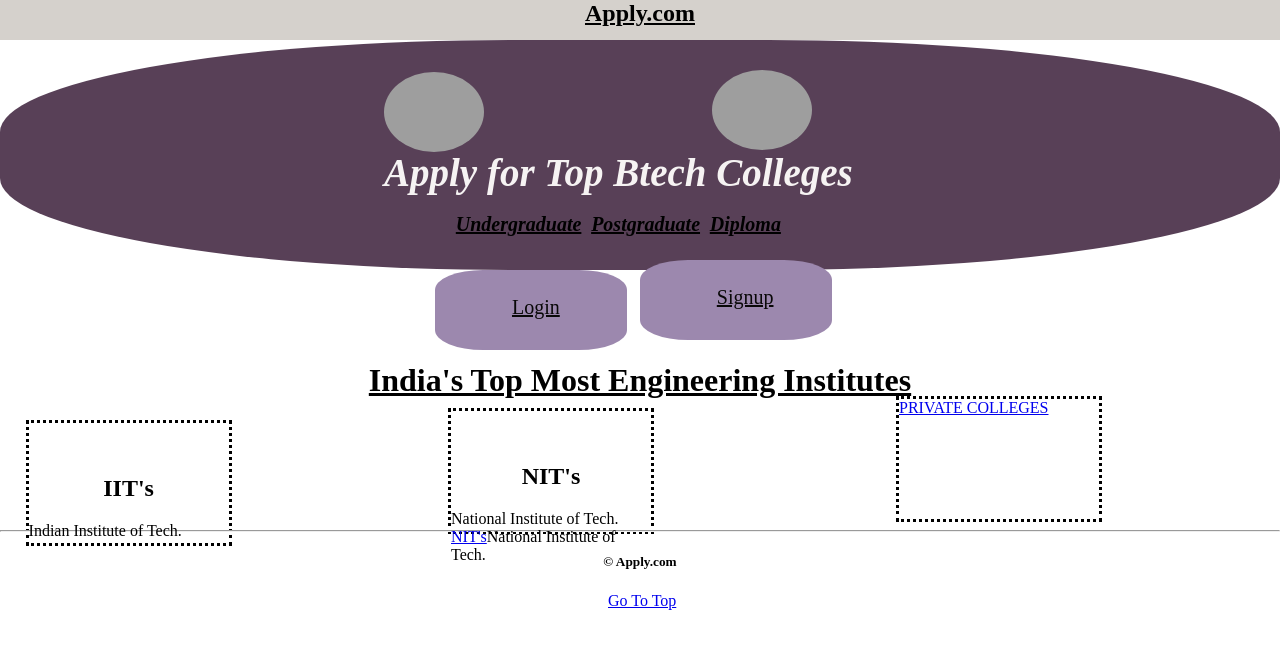
Repository: dashmeenkalra/dashmeen_kalra
Page: css,bootstrap/CSS/btech.html
An editor plug-in stored every save of this project. The page is shown before and after the next save, followed by the edit.
The browser window is 1280 px wide. The pictures show the whole page.
Pictures or frames that could not be fetched are drawn as grey boxes.

Above is the page before, as saved 2023-03-28 20:03:56.

### css,bootstrap/CSS/btech.html
<html>
    <head>
        <link href="btech.css" rel="stylesheet"/>
        <title>
            Welcome to apply.com
        </title>
    </head>
    <body>
        <header>
            <header id="header">
            <h2>Apply.com</h2>
        </header>
        <div id="app">
            <div class="wri">
                <div id="ball">
                </div>
                <div id="ball2">
                </div>
                Apply for Top Btech Colleges</br>
                <a href="" class="id">Undergraduate</a>
                <a href="" class="id">Postgraduate</a>
                <a href="" class="id">Diploma</a>
            </div>
        </div>
        <div class="log">
            <a href="" class="id1"> Login</a>
        </div>
        <div class="log1">
            <a href="" class="id1">Signup</a>
        </div>
        <h1>India's Top Most Engineering Institutes</h1>
        <div id="type">
        <h2>IIT's</h2>Indian Institute of Tech.
        </div>
        <div id="type1">
            <h2>NIT's</h2>National Institute of Tech.
            <a href="#">NIT's</a>National Institute of Tech.
        </div>
        <div id="type2">
            <a href="#">PRIVATE COLLEGES</a>
        </div>
        <hr/>
        <footer>
        <h5> &copy; Apply.com</h5>
        <a href="#header" id="at" >Go To Top</a>
        </footer>
    </body>
</html>

### css,bootstrap/CSS/btech.css
body{
    margin:0px;
}
header{
    background-color:rgb(213, 209, 204);
    height: 40px;
}
header > h2{
    text-align: center;
    text-decoration:underline;
}
#app{
    background-color: rgb(88, 64, 87);
    height:230px;
    width:100%;
    border-radius:40%;
}
#ball{
    height: 80px;
    width: 100px;
    border-radius: 50%;
    margin-top: -15%;
    background-image: url('https://th.bing.com/th/id/OIP.LoeVs1S4Xra84vvvtkj3PQHaLG?pid=ImgDet&rs=1');
    background-size: cover;
    background-repeat: no-repeat;
}
#ball2{
    height: 80px;
    width: 100px;
    border-radius: 50%;
    margin-top: -17.5%;
    margin-left: 70%;
    background-image: url('https://wallpapercave.com/wp/wp2036967.jpg');
    background-size: cover;
    background-repeat: no-repeat;
}
.wri{
    text-align: center;
    margin-left: 30%;
    font-weight: bolder;
    font-style: oblique;
    font-size: 39px;
    margin-top: 8%;
    position: absolute;
    color: rgb(246, 243, 243);

}
.id{
    font-size: 20px;
    color: black;
}
.log{
    background-color: rgb(156, 136, 174);
    height:80px;
    width:15%;
    margin-left:34%;
    border-radius:25%;
}
.id1{
    font-size: 20px;
    color: rgb(9, 8, 8);
    margin-left:6%;
    margin-top:2%;
    position: absolute;
}
.log1{
    background-color: rgb(156, 136, 174);
    height:80px;
    width:15%;
    margin-left:50%;
    border-radius:25%;
    margin-top: -7.01%;
}
h1{
    text-align: center;
    text-decoration: underline;
}
#type{
    border: dotted;
    height:120px;
    width: 200px;
    margin-left:2%;
}
#type > h2{
  text-align: center;
  margin-top: 26%;
}
#type1{
    border: dotted;
    height:120px;
    width: 200px;
    margin-left:35%;
    margin-top:-10.8%;
}
#type1 > h2{
    text-align: center;
    margin-top: 26%;
}
#type2{
    border: dotted;
    height:120px;
    width: 200px;
    margin-left:70%;
    margin-top:-10.8%;
}
#type2 > h2{
    text-align: center;
    margin-top: 20%;
}
h5{
    text-align: center;
}
#at{
    text-align: center;
    margin-left: 47.5%;
}

After the next save:
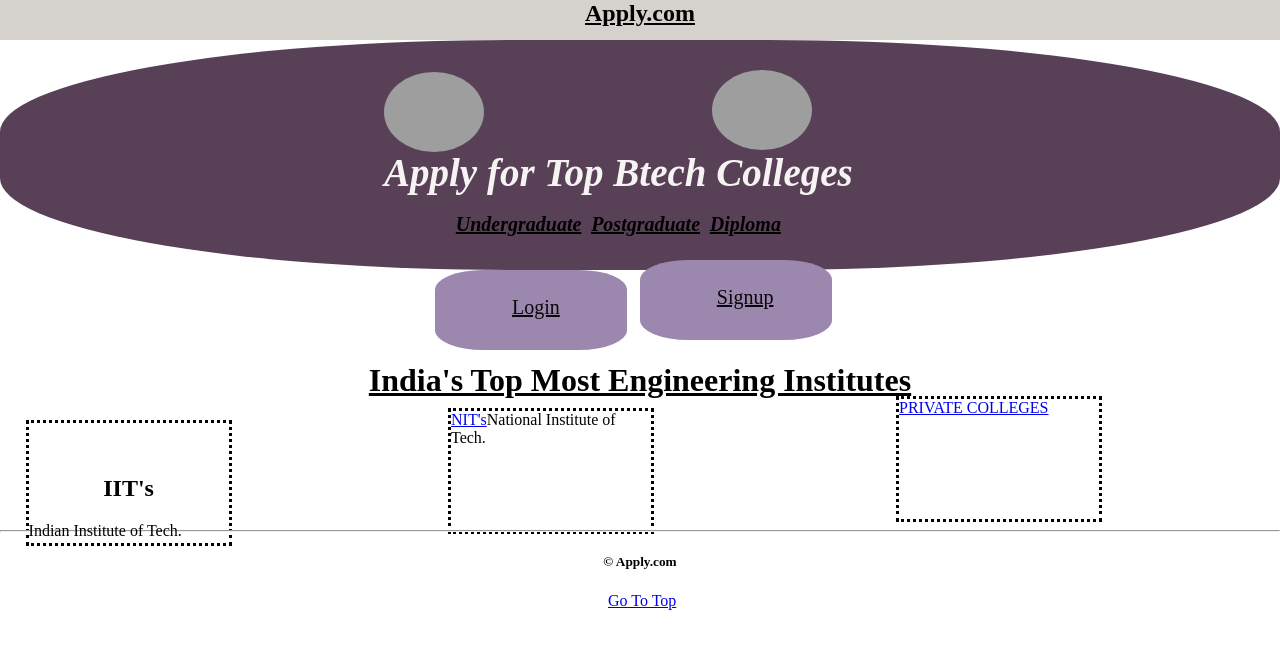
Saved 4 s later.
--- a/css,bootstrap/CSS/btech.html
+++ b/css,bootstrap/CSS/btech.html
@@ -33,7 +33,6 @@
         <h2>IIT's</h2>Indian Institute of Tech.
         </div>
         <div id="type1">
-            <h2>NIT's</h2>National Institute of Tech.
             <a href="#">NIT's</a>National Institute of Tech.
         </div>
         <div id="type2">
